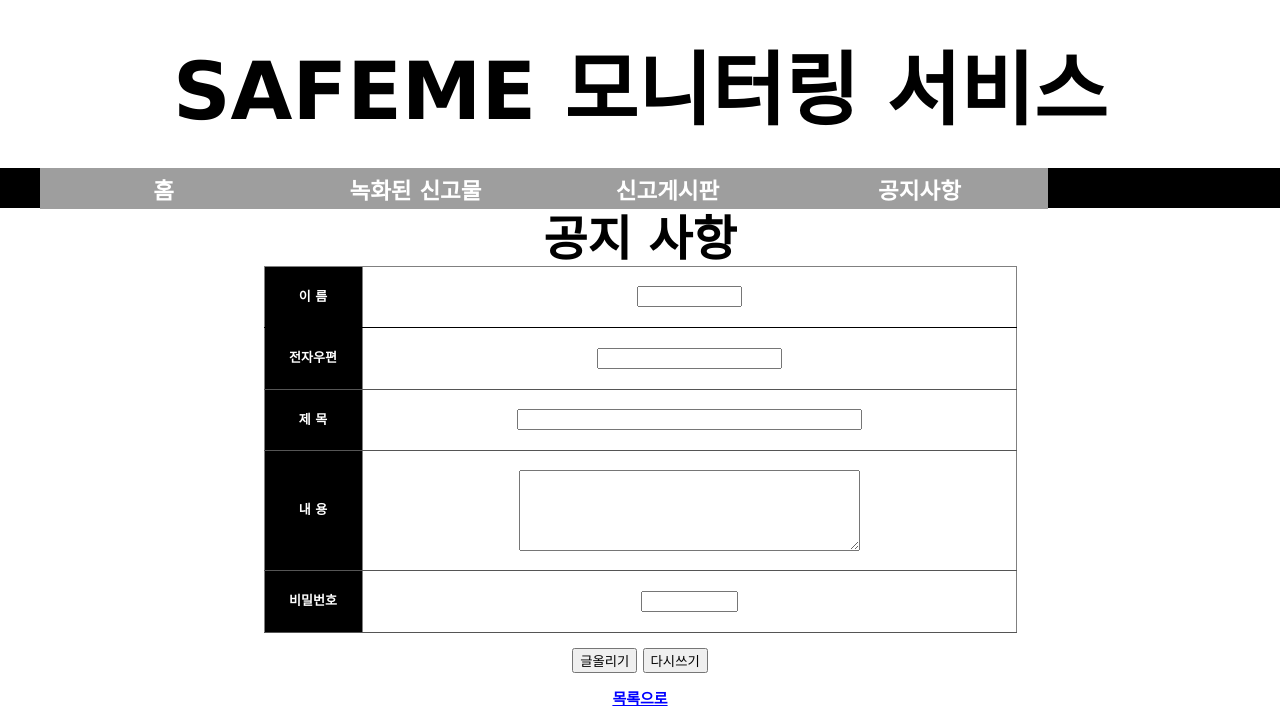
Repository: imdasom/SafeMe
Page: http://localhost/SafeMe/homepage/write1.jsp
An editor plug-in stored every save of this project. The page is shown before and after the next save, followed by the edit.
The browser window is 1280 px wide. The pictures show the whole page.
Pictures or frames that could not be fetched are drawn as grey boxes. The page is served by Tomcat 9.

Above is the page before, as saved 2015-12-15 19:13:13.

After the next save:
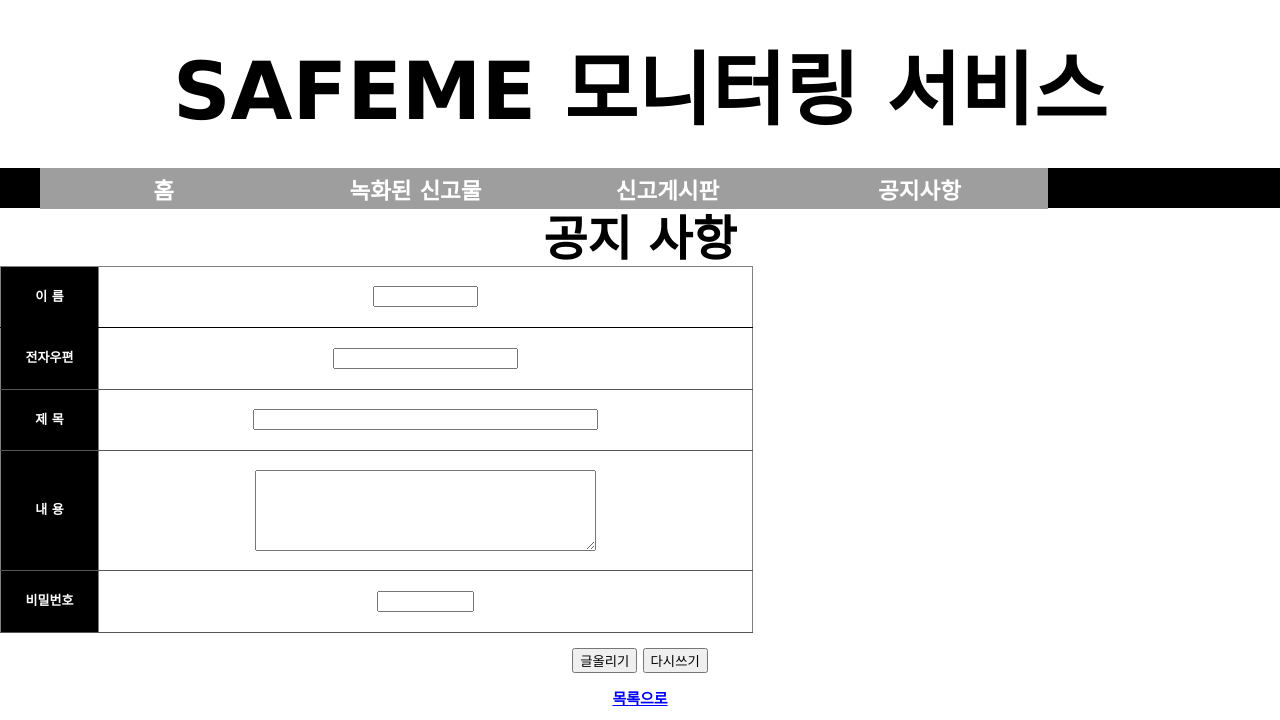
Saved 23 s later.
--- a/FinalSafeMeWeb/SafeMe/homepage/write1.jsp
+++ b/FinalSafeMeWeb/SafeMe/homepage/write1.jsp
@@ -48,7 +48,7 @@
 <body bgcolor="white" text="black" link="blue" vlink="red" alink="red">
 
 <p align="center"><font color="#00000" size="30"><font size="30"></font><b>공지 사항</b></font>
-<table border="1" cellpadding="4" align="center">
+<table border="1" cellpadding="4">
     <tr>
         <td width="89" bgcolor="#00000"><p align="center"><font size="2" color="white">이
             름</font></td>

After the save that followed:
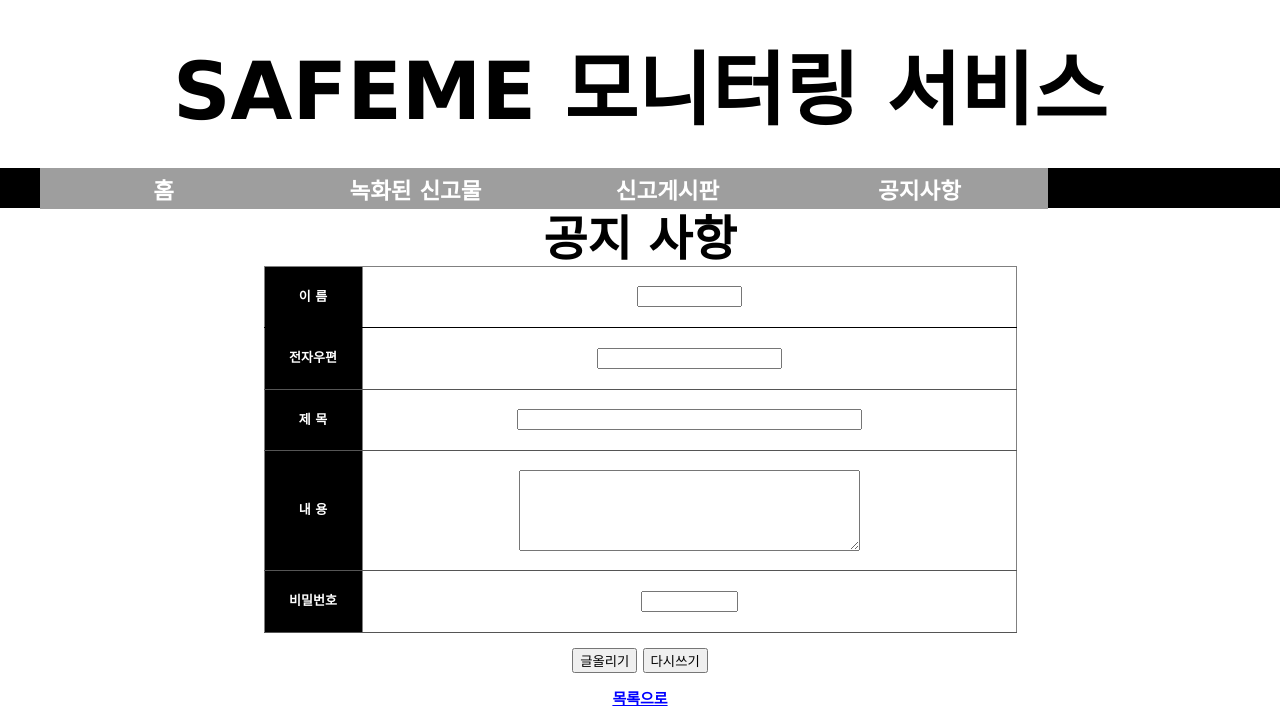
Saved 4 s later.
--- a/FinalSafeMeWeb/SafeMe/homepage/write1.jsp
+++ b/FinalSafeMeWeb/SafeMe/homepage/write1.jsp
@@ -48,7 +48,7 @@
 <body bgcolor="white" text="black" link="blue" vlink="red" alink="red">
 
 <p align="center"><font color="#00000" size="30"><font size="30"></font><b>공지 사항</b></font>
-<table border="1" cellpadding="4">
+<table border="1" cellpadding="4" align="center">
     <tr>
         <td width="89" bgcolor="#00000"><p align="center"><font size="2" color="white">이
             름</font></td>
